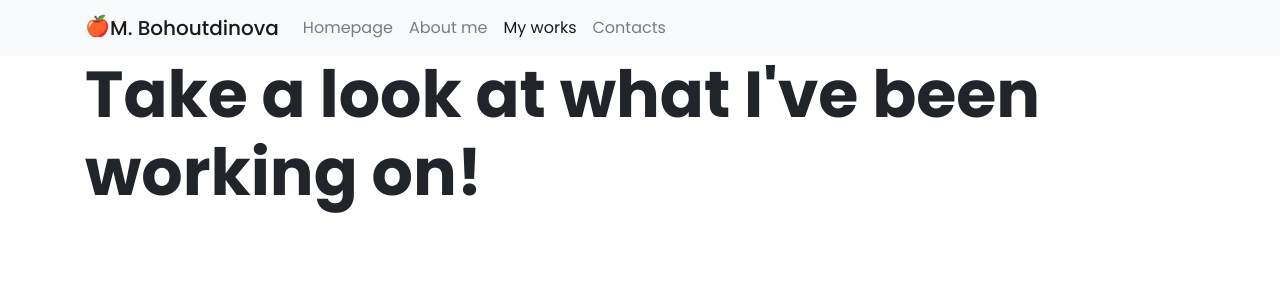
Repository: Bohoutdinova/Portfolio_week-4
Page: works.html
These files come from the project's save history. The page is drawn as it stood at one moment and after the next save; the edit follows.
The browser window is 1280 px wide. The pictures show the whole page.

Above is the page before, as saved 2022-08-12 16:09:55.

After the next save:
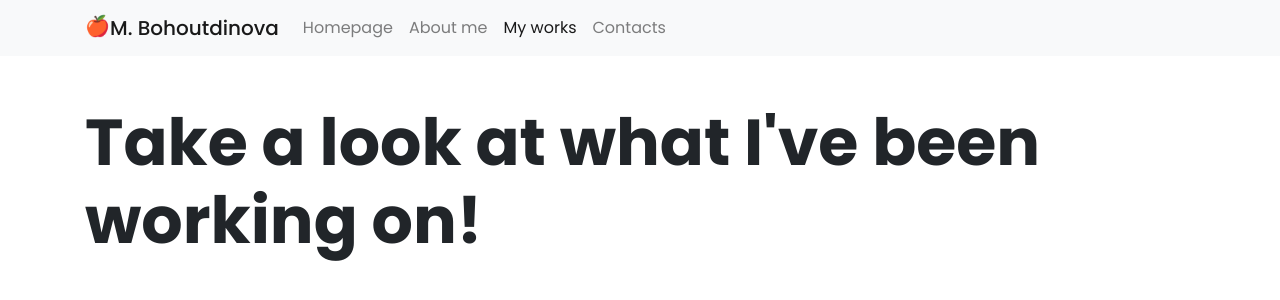
Saved 23 s later.
--- a/works.html
+++ b/works.html
@@ -84,7 +84,7 @@
       </div>
     </nav>
     <div class="container works-container">
-      <h1>Take a look at what I've been working on!</h1>
+      <h1 class="mt-5">Take a look at what I've been working on!</h1>
     </div>
   </body>
 </html>
